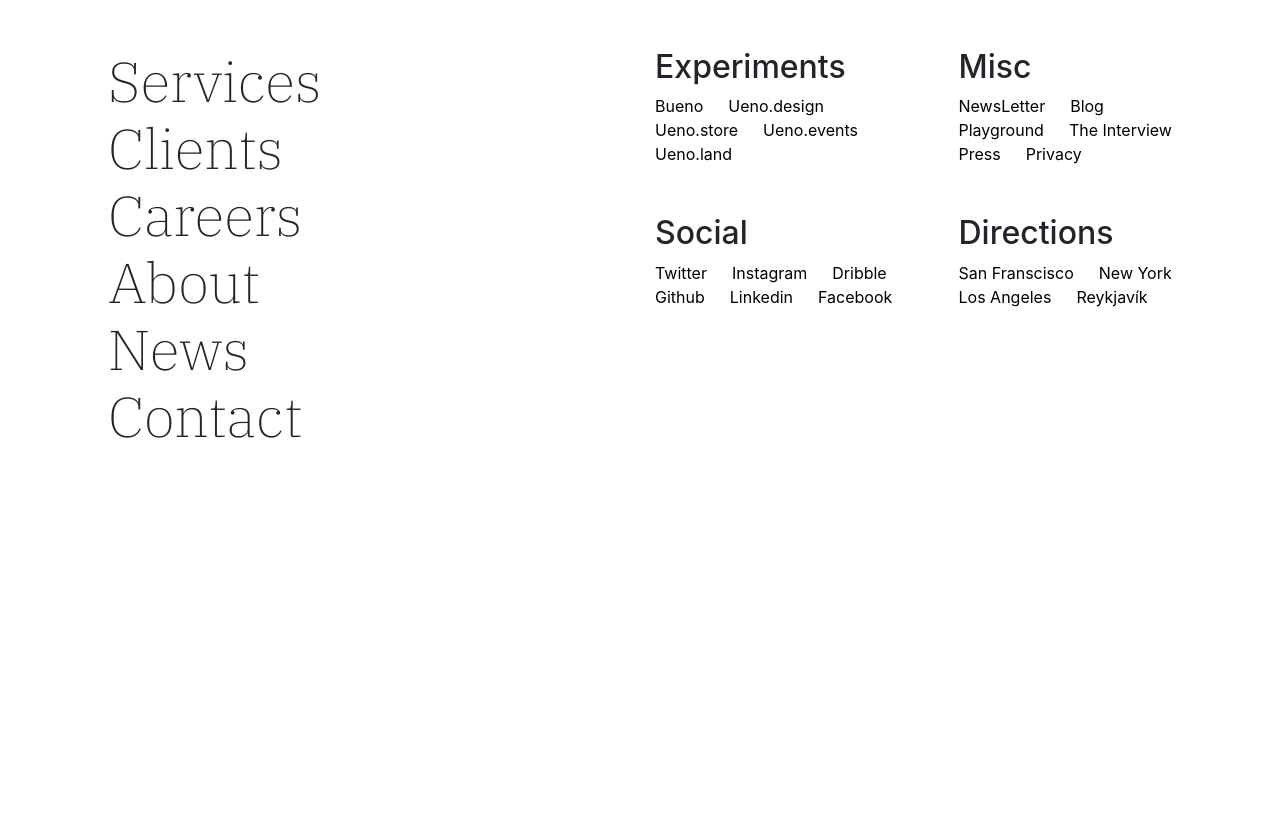
Repository: DeepaPrasanna/UenoClone
Page: /
These files come from the project's save history. The page is drawn as it stood at one moment and after the next save; the edit follows.
The browser window is 1280 px wide. The pictures show the whole page.
The project was rebuilt for these pictures with package versions that can differ from the ones it lists, and the page was loaded fresh each time. Also part of the build but not shown: src/components/Layout/Header.js.

Above is the page before, as saved 2021-05-04 16:45:11.

### public/index.html
<!DOCTYPE html>
<html lang="en">
  <head>
    <meta charset="utf-8" />
    <link rel="icon" href="%PUBLIC_URL%/favicon.ico" />
    <meta name="viewport" content="width=device-width, initial-scale=1" />
    <meta name="theme-color" content="#000000" />
    <meta name="description" content="Web site created using create-react-app" />
    <link rel="apple-touch-icon" href="%PUBLIC_URL%/logo192.png" />
    <!--
      manifest.json provides metadata used when your web app is installed on a
      user's mobile device or desktop. See https://developers.google.com/web/fundamentals/web-app-manifest/
    -->
    <link rel="manifest" href="%PUBLIC_URL%/manifest.json" />
    <!-- Bootstrap -->
    <link
      rel="stylesheet"
      href="https://cdn.jsdelivr.net/npm/bootstrap@4.6.0/dist/css/bootstrap.min.css"
      integrity="sha384-B0vP5xmATw1+K9KRQjQERJvTumQW0nPEzvF6L/Z6nronJ3oUOFUFpCjEUQouq2+l"
      crossorigin="anonymous"
    />
    <!-- font awesome -->
    <link
      rel="stylesheet"
      href="https://cdnjs.cloudflare.com/ajax/libs/font-awesome/5.15.3/css/all.min.css"
      integrity="sha512-iBBXm8fW90+nuLcSKlbmrPcLa0OT92xO1BIsZ+ywDWZCvqsWgccV3gFoRBv0z+8dLJgyAHIhR35VZc2oM/gI1w=="
      crossorigin="anonymous"
    />
    <!--
      Notice the use of %PUBLIC_URL% in the tags above.
      It will be replaced with the URL of the `public` folder during the build.
      Only files inside the `public` folder can be referenced from the HTML.

      Unlike "/favicon.ico" or "favicon.ico", "%PUBLIC_URL%/favicon.ico" will
      work correctly both with client-side routing and a non-root public URL.
      Learn how to configure a non-root public URL by running `npm run build`.
    -->
    <title>React App</title>
  </head>
  <body>
    <noscript>You need to enable JavaScript to run this app.</noscript>
    <div id="root"></div>
    <!--
      This HTML file is a template.
      If you open it directly in the browser, you will see an empty page.

      You can add webfonts, meta tags, or analytics to this file.
      The build step will place the bundled scripts into the <body> tag.

      To begin the development, run `npm start` or `yarn start`.
      To create a production bundle, use `npm run build` or `yarn build`.
    -->
  </body>
</html>

### src/index.js
import React from "react";
import ReactDOM from "react-dom";
import "./index.css";
import App from "./App";
import reportWebVitals from "./reportWebVitals";
import "bootstrap/dist/css/bootstrap.min.css";

ReactDOM.render(<App />, document.getElementById("root"));

// If you want to start measuring performance in your app, pass a function
// to log results (for example: reportWebVitals(console.log))
// or send to an analytics endpoint. Learn more: https://bit.ly/CRA-vitals
reportWebVitals();

### src/index.css
@import url("https://fonts.googleapis.com/css2?family=IBM+Plex+Serif:wght@200&display=swap");

.contact-button {
  background-color: #cf3f74 !important;
}

.screen-first-column {
  font-size: 56px;
  line-height: 67px;
  font-family: "IBM Plex Serif";
  font-style: normal;
  font-weight: 200;
  src: url("https://fonts.gstatic.com/s/ibmplexserif/v9/jizAREVNn1dOx-zrZ2X3pZvkTi3Q-iI0q1s.woff2") format("woff2");
}
.screen-first-column-links {
  color: #252525;
  padding: 0px 60px !important;
}
.nav-link:hover {
  color: #252525;
}


.screens-second-column-columns {
  flex: none;
  align-self: stretch;
  padding-left: 15px;
  padding-right: 15px;
  /* width: 100%; */
  height: 100%;
  margin-bottom: 3em;
  width: 50%;
  max-width: 220px;
}
.screen-second-column-links {
  color: #000;
  padding: 0px 25px 0px 0px!important;
}

### src/App.js
import { Container } from "react-bootstrap";

import MainLayout from "./components/Layout/MainLayout";

function App() {
  return (
    <div className="App">
      <MainLayout />
    </div>
  );
}

export default App;

### src/components/Layout/MainLayout.js
import React from "react";

import Header from "./Header";
import Screen from "./Screen";

const MainLayout = () => {
  return (
    <div>
      {/* <Header /> */}
      <Screen />
    </div>
  );
};

export default MainLayout;

### src/components/Layout/Screen.js
import React from "react";

import { Container, Row, Col, Nav } from "react-bootstrap";

const Screen = () => {
  return (
    <Container fluid className="p-5">
      <Row className=" vh-100">
        <Col sm={6} className=" screen-first-column">
          <Row>
            <Col>
              <Nav className="flex-column">
                <Nav.Link href="#" className="screen-first-column-links">
                  Services<span className=""></span>
                </Nav.Link>
                <Nav.Link href="#" className="screen-first-column-links">
                  Clients
                </Nav.Link>
                <Nav.Link href="#" className="screen-first-column-links">
                  Careers
                </Nav.Link>
              </Nav>
            </Col>
            <Col>
              <Nav className="flex-column">
                <Nav.Link href="#" className="screen-first-column-links">
                  About
                </Nav.Link>
                <Nav.Link href="#" className="screen-first-column-links">
                  News
                </Nav.Link>

                <Nav.Link href="#" className="screen-first-column-links">
                  Contact
                </Nav.Link>
              </Nav>
            </Col>
          </Row>
        </Col>
        <Col sm={6}>
          <Row>
            <Col className="screens-second-column-columns">
              <h2>Experiments</h2>
              <Nav>
                <Nav.Link href="#" className="screen-second-column-links">
                  Bueno
                </Nav.Link>
                <Nav.Link href="#" className="screen-second-column-links">
                  Ueno.design
                </Nav.Link>
                <Nav.Link href="#" className="screen-second-column-links">
                  Ueno.store
                </Nav.Link>
                <Nav.Link href="#" className="screen-second-column-links">
                  Ueno.events
                </Nav.Link>
                <Nav.Link href="#" className="screen-second-column-links">
                  Ueno.land
                </Nav.Link>
              </Nav>
            </Col>
            <Col className="screens-second-column-columns">
              <h2>Misc</h2>
              <Nav>
                <Nav.Link href="#" className="screen-second-column-links">
                  NewsLetter
                </Nav.Link>
                <Nav.Link href="#" className="screen-second-column-links">
                  Blog
                </Nav.Link>
                <Nav.Link href="#" className="screen-second-column-links">
                  Playground
                </Nav.Link>
                <Nav.Link href="#" className="screen-second-column-links">
                  The Interview
                </Nav.Link>
                <Nav.Link href="#" className="screen-second-column-links">
                  Press
                </Nav.Link>
                <Nav.Link href="#" className="screen-second-column-links">
                  Privacy
                </Nav.Link>
              </Nav>
            </Col>
          </Row>
          <Row>
            <Col className="screens-second-column-columns">
              <h2>Social</h2>
              <Nav>
                <Nav.Link href="#" className="screen-second-column-links">
                  Twitter
                </Nav.Link>
                <Nav.Link href="#" className="screen-second-column-links">
                  Instagram
                </Nav.Link>
                <Nav.Link href="#" className="screen-second-column-links">
                  Dribble
                </Nav.Link>
                <Nav.Link href="#" className="screen-second-column-links">
                  Github
                </Nav.Link>
                <Nav.Link href="#" className="screen-second-column-links">
                  Linkedin
                </Nav.Link>
                <Nav.Link href="#" className="screen-second-column-links">
                  Facebook
                </Nav.Link>
              </Nav>
            </Col>
            <Col className="screens-second-column-columns">
              <h2>Directions</h2>
              <Nav>
                <Nav.Link href="#" className="screen-second-column-links">
                  San Franscisco
                </Nav.Link>
                <Nav.Link href="#" className="screen-second-column-links">
                  New York
                </Nav.Link>
                <Nav.Link href="#" className="screen-second-column-links">
                  Los Angeles
                </Nav.Link>
                <Nav.Link href="#" className="screen-second-column-links">
                  Reykjavík
                </Nav.Link>
              </Nav>
            </Col>
          </Row>
        </Col>
      </Row>
    </Container>
  );
};

export default Screen;

Loaded but not shown: src/reportWebVitals.js (common file)

After the next save:
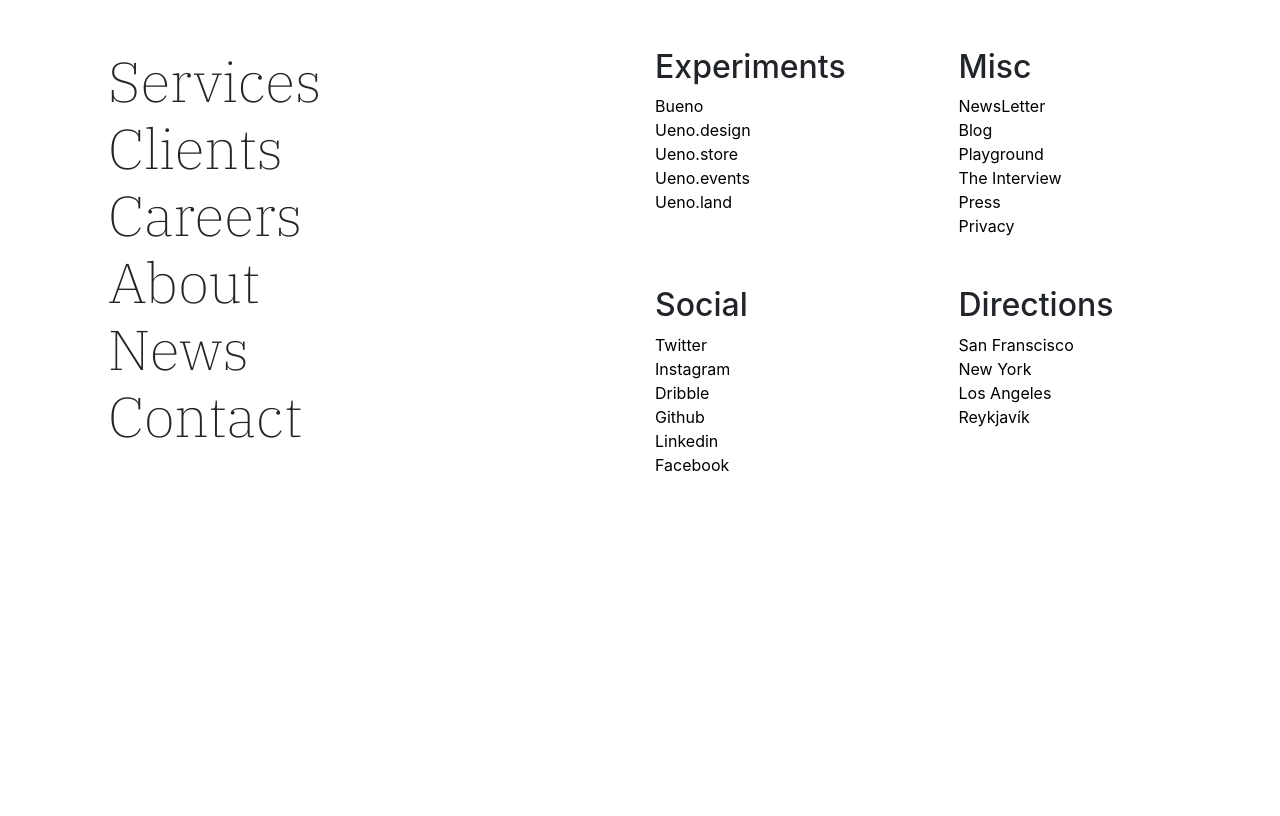
Saved 2 min 0 s later.
--- a/src/components/Layout/Screen.js
+++ b/src/components/Layout/Screen.js
@@ -41,7 +41,7 @@
           <Row>
             <Col className="screens-second-column-columns">
               <h2>Experiments</h2>
-              <Nav>
+              <Nav className="flex-column">
                 <Nav.Link href="#" className="screen-second-column-links">
                   Bueno
                 </Nav.Link>
@@ -61,7 +61,7 @@
             </Col>
             <Col className="screens-second-column-columns">
               <h2>Misc</h2>
-              <Nav>
+              <Nav className="flex-column">
                 <Nav.Link href="#" className="screen-second-column-links">
                   NewsLetter
                 </Nav.Link>
@@ -86,7 +86,7 @@
           <Row>
             <Col className="screens-second-column-columns">
               <h2>Social</h2>
-              <Nav>
+              <Nav className="flex-column">
                 <Nav.Link href="#" className="screen-second-column-links">
                   Twitter
                 </Nav.Link>
@@ -109,7 +109,7 @@
             </Col>
             <Col className="screens-second-column-columns">
               <h2>Directions</h2>
-              <Nav>
+              <Nav className="flex-column">
                 <Nav.Link href="#" className="screen-second-column-links">
                   San Franscisco
                 </Nav.Link>
